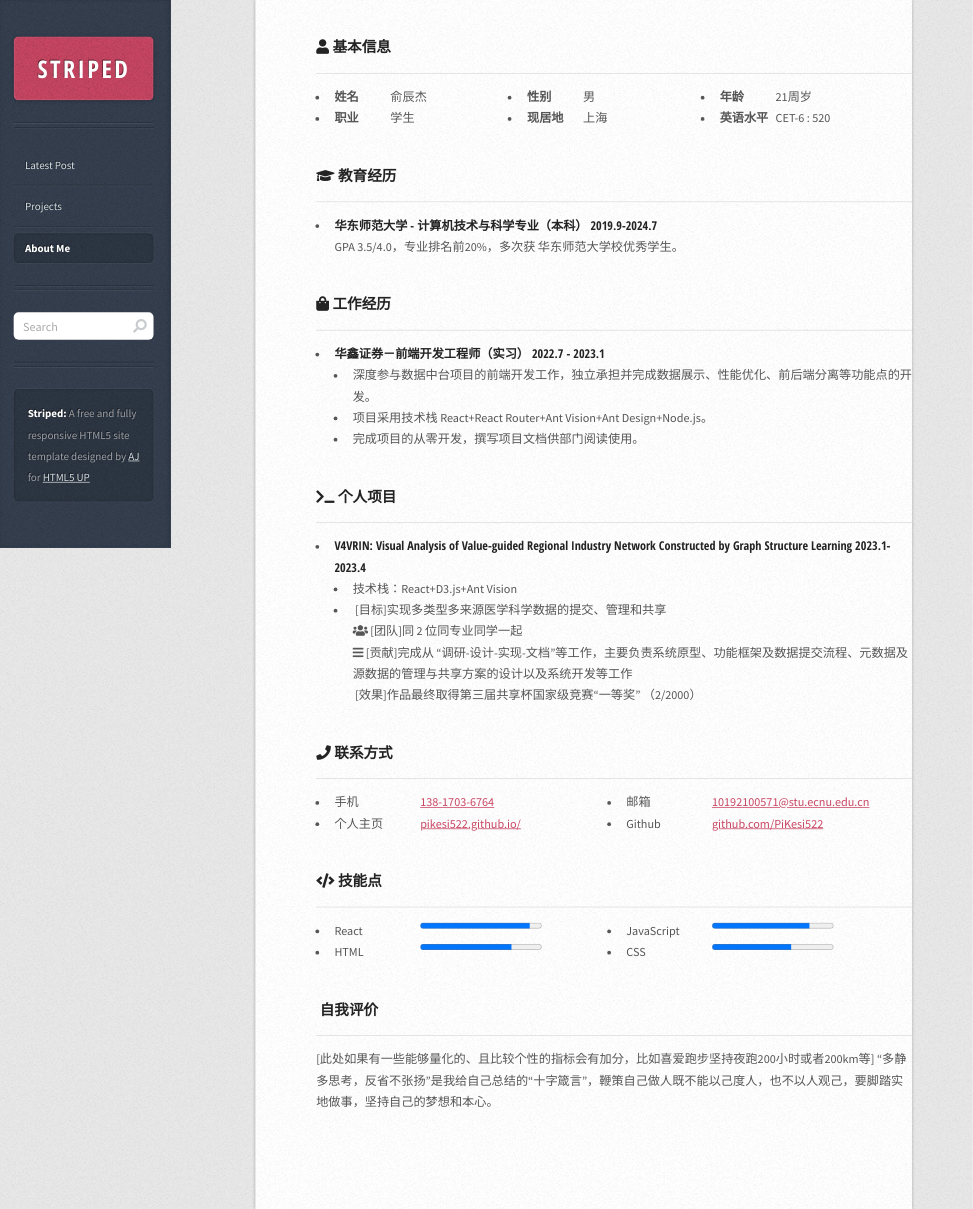
Repository: PiKesi522/PiKesi522.github.io
Page: about.html
These files come from the project's save history. The page is drawn as it stood at one moment and after the next save; the edit follows.
The browser window is 1280 px wide. The pictures show the whole page, at 76% of full size.

Above is the page before, as saved 2023-04-10 19:12:46.

After the next save:
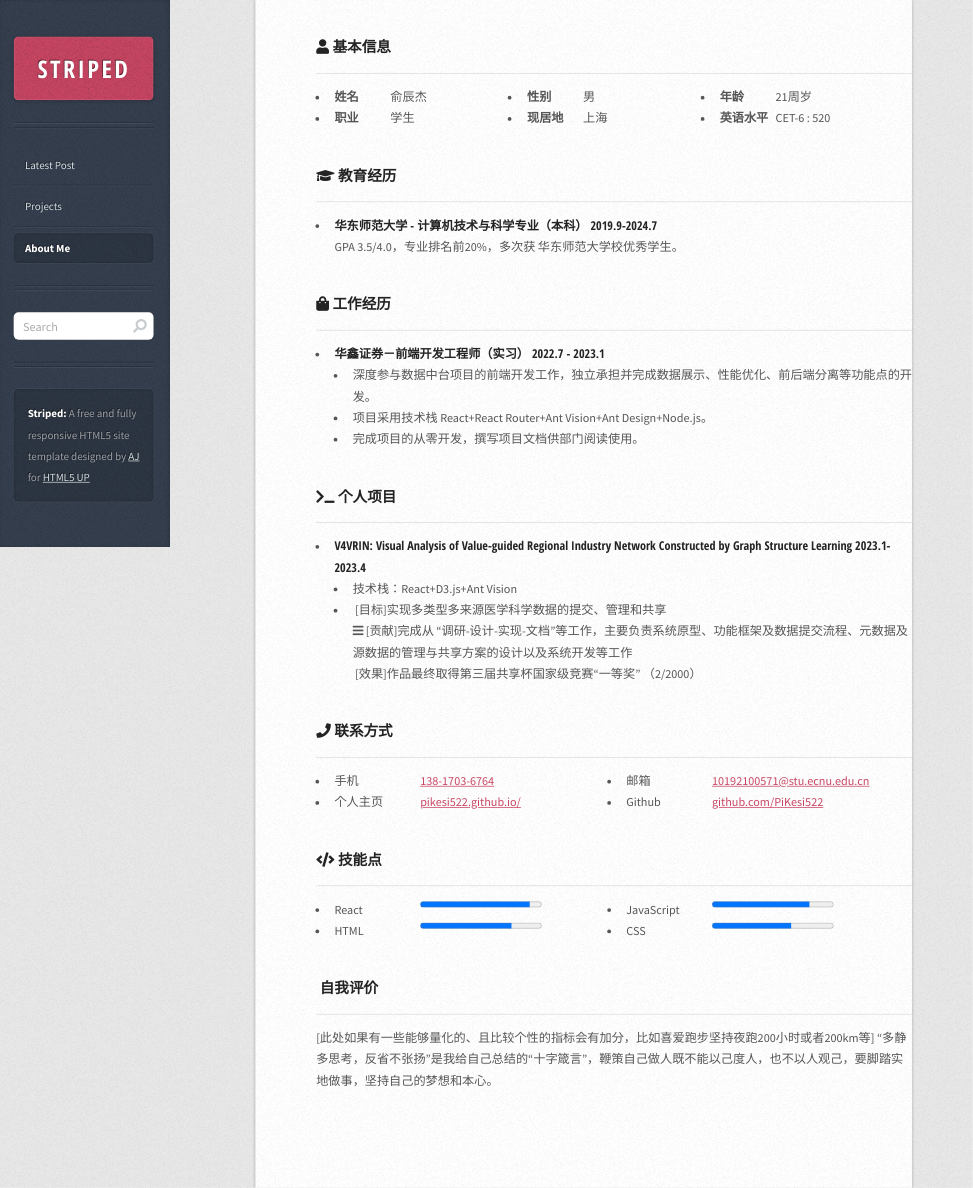
Saved 40 s later.
--- a/about.html
+++ b/about.html
@@ -211,9 +211,9 @@
                                         <i class="fa fa-paper-plane-o" aria-hidden="true"></i>
                                         [目标]实现多类型多来源医学科学数据的提交、管理和共享
                                         <br />
-                                        <i class="fa fa-users" aria-hidden="true"></i>
+                                        <!-- <i class="fa fa-users" aria-hidden="true"></i>
                                         [团队]同 2 位同专业同学一起
-                                        <br />
+                                        <br /> -->
                                         <i class="fa fa-bars" aria-hidden="true"></i>
                                         [贡献]完成从
                                         <mark>“调研-设计-实现-文档”</mark>等工作，主要负责系统原型、功能框架及数据提交流程、元数据及源数据的管理与共享方案的设计以及系统开发等工作
